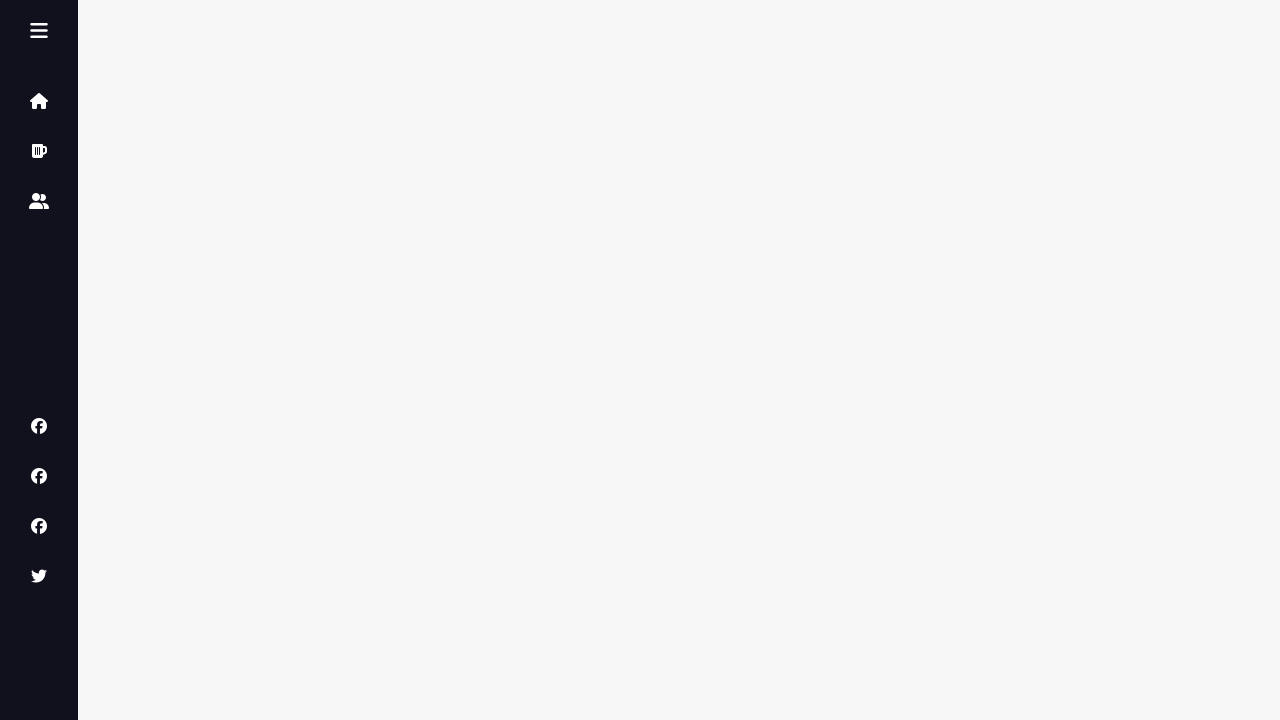
Repository: Nic98/MilkTeaWebsite
Page: mywebsite.html
These files come from the project's save history. The page is drawn as it stood at one moment and after the next save; the edit follows.
The browser window is 1280 px wide. The pictures show the whole page.
Some web libraries are served in a nearby version.

Above is the page before, as saved 2024-05-28 18:04:44.

### mywebsite.html
<!DOCTYPE html>
<html lang="en">
<head>
  <meta charset="UTF-8">
  <meta name="viewport" content="width=device-width, initial-scale=1.0">
  <link rel="stylesheet" href="mywebsite.css">
  <script src="https://kit.fontawesome.com/2dbcf482c2.js" crossorigin="anonymous"></script>
  <!-- <script src="/sidebar.js"></script> -->
  <title>ComeBuyBooze</title>

</head>
<body>

  <!-- sidebar implementation -->
  <div class="sidebar workspace--flexchild1">
    <div class="logo_content">
        <div class="logo">
            <dive class="logo_name"> ComeBuyBooze </dive>
            <i class="fas fa-bars" id="btn"></i>
        </div>
    </div>

    <ul class="nav_list">
        <li>
            <a href="#">
                <i class="fas fa-home"></i>
                <span class="links_name">ComeBack</span>
            </a>
            <span class = "tooltip">ComeBack</span>
        </li>

        <li>
            <a href="#">
              <i class="fa-solid fa-beer-mug-empty"></i>
                <span class="links_name">Boozz</span>
            </a>
            <span class = "tooltip">Boozz</span>
        </li>

        <li>
          <a href="#">
              <i class="fas fa-user-friends"></i>
              <span class="links_name">Contact us</span>
          </a>
          <span class = "tooltip">Contacts us</span>
      </li>
    </ul>

    <ul class="contact_list">
      <li>
        <a href="#">
          <i class="fa-brands fa-facebook"></i>
        </a>
      </li>
      <li>
        <a href="#">
          <i class="fa-brands fa-facebook"></i>
        </a>
      </li>
      <li>
        <a href="#">
          <i class="fa-brands fa-facebook"></i>
        </a>
      </li>
      <li>
        <a href="#">
          <i class="fa-brands fa-twitter"></i>
        </a>
      </li>
    </ul>



</div>














  <script>
    let btn = document.querySelector("#btn");
    let sidebar = document.querySelector(".sidebar");

    btn.onclick = function() {
        sidebar.classList.toggle("active");
    }
  </script>
</body>
</html>

### mywebsite.css
@import url('https://fonts.googleapis.com/css2?family=Poppins:wght@200;300;400;500;600;700&display=swap');

body{
    margin: 0;
    font-family: "Poppins", sans-serif;
}

.flexbox{
    display: flex;
}

.columnflex{
    display: flex;
    flex-direction: column;
    justify-content: center;
}

#btn{
    cursor: pointer;
}

.btn--line{
    border: solid;
    border-width: 1px;
    color: white;
    background: none;
    border-radius: 50px;
    padding: 10px;
    padding-left: 20px;
    padding-right:20px;
    font-size: 18px;
    cursor: pointer;
}

.btn--solid{
    border: solid;
    border-width: 1px;
    border-radius: 50px;
    padding: 10px;
    padding-left: 20px;
    padding-right: 20px;
    font-size: 18px;
    cursor: pointer;
}

.btn--noborder{
    border: none;
    background: none;
}

.font--title{
    font-size: 30px;
}

.font--bold{
    font-weight: bolder;
}

.font--largrsize{
    font-size: 18px;
}

.login--input{
    border: solid 1px gray;
    font-size: 14px;
    padding: 8px;
    padding-left: 14px;
    width: 100%;
    border-radius: 50px;
    margin-top: 20px;
    box-sizing: border-box;
    box-shadow: 1px 1px 1px gray;
}

.btn--solid>*{
    text-decoration: none;
    color: white;
}

.btn--solid>*:hover{
    color: white;
    transition-duration: 0.5s;
}

:root{
  --lightgray: #F7F7F7;
  --darkblue: #032444;
}

*{
  margin:0;
  padding:0;
  box-sizing: border-box;
}

body {
  background-color: #F7F7F7;
  position: relative;
  min-height: 100vh;
  width: 100%;
  overflow:hidden;
}

/* sidebar */

.nav_list {
  padding-inline-start: 0%;
  list-style-type: none;
}

.sidebar {
  height:100%;
  position:absolute;
  top:0;
  left:0;
  width:78px;
  background-color: #11101d;
  padding:6px 14px;
  transition: all 0.5s ease;
}

.sidebar.active{
  width:240px;
}

.sidebar .logo_content .logo {
  color: #fff;
  display: flex;
  height: 50px;
  width: 100%;
  align-items: center;
  transition: all 0.5s ease;

}

.logo_content .logo i {
  font-size: 28px;
  margin-right: 5px;
}

.logo_content .logo .logo_name {
  font-size: 20px;
  font-weight: 400;
}

.sidebar #btn {
  color: #fff;
  position:absolute;
  left: 50%;
  top:6px;
  font-size: 20px;
  height:50px;
  width:50px;
  text-align: center;
  line-height: 50px;
  transform: translateX(-50%);
}

.sidebar.active #btn{
  left: 90%;
}

.sidebar ul {
  margin-top: 20px;

}
.sidebar ul li {
  list-style: none;
  height: 50px;
  width:100%;
  position:relative;
  margin: 0 0px;
  line-height: 50px;
}

.sidebar ul li .tooltip{
  position: absolute;
  left:122px;
  top:10%;
  transform: translate(-50%, -50%);
  text-align: center;
  border-radius: 6px;
  height:35px;
  width:122px;
  background: #fff;
  line-height: 35px;
  box-shadow: 0 5px 10px rgba(0,0,0,0.2);
  transition:0s;
  opacity: 0;
  pointer-events: none;
  z-index: 3000 !important;
}

.sidebar.active ul li .tooltip {
  display:none;
}

.sidebar ul li:hover .tooltip{
  transition: all 0.5s ease;
  opacity: 1;
  top:50%;
  z-index: 3;
}

.sidebar .nav_list li a {
  color: #fff;
  display: flex;
  align-items: center;
  text-decoration: none;
  transition: all 0.4s ease;
  border-radius: 6px;
  height:100%;
  white-space: nowrap;
}

.sidebar .nav_list li a:hover {
  color: #11101d;
  background: #fff;
  padding: 5px;
}

.sidebar .nav_list li i {
  height:50px;
  min-width: 50px;
  border-radius: 12px;
  line-height: 50px;
  text-align: center;
}

.sidebar .links_name{
  opacity: 0;
  pointer-events: none;
  transition: all 0.5s ease;
}

.sidebar.active .links_name {
  opacity: 1;
  pointer-events: auto;
}

.sidebar .logo_name {
  opacity: 0;
  pointer-events: none;
}

.sidebar.active .logo_name {
  opacity: 1;
  pointer-events: auto;
}

/* contact list */

/* .contact_list .links_name{
  opacity: 0;
  pointer-events: none;
  transition: all 0.5s ease;
}

.contact_list.active .links_name {
  opacity: 1;
  pointer-events: auto;
} */

.contact_list {
  padding-top: 250%;
  position: relative;
  top: 30px;
  padding-inline-start: 0%;
  list-style-type: none;
}

.contact_list li i {
  height:50px;
  min-width: 50px;
  line-height: 50px;
  border-radius: 12px;
  text-align: center;
}

.contact_list li a:hover {
  color: #11101d;
  background: #fff;
  padding-left:12px;
}

.contact_list li a {
  /* position: relative; */
  color: #fff;
  /* display:inline-block;
  width: 60px;
  height: 60px;
  text-align: center;
  line-height: 63px;
  border-radius: 50%;
  transition: all 0.4s ease;
  white-space: nowrap; */
}

.sidebar.active .contact_list li i {
  height:50px;
  min-width: 50px;
  border-radius: 12px;
  line-height: 50px;
  text-align: center;
}

.sidebar.active .contact_list li a:hover {
  color: #11101d;
  background: #fff;
}









































/* .home_content {

  position: absolute;
  height: 100%;
  width: calc(100% - 78px);
  left:78px;
  transition: all 0.5s ease;

}

.home_content .text {
  font-size: 25px;
  font-weight: 500;
  color: #1d1b31;
  margin:12px;
}

.sidebar.active ~ .home_content {
  width: calc(100% - 240px);
  left:240px
} */



/* header

.workspaceheader--container{
  width: 100%;
  height: 50px;
  background-color: white;
  justify-content: space-between;
  padding-left: 18px;
  padding-right: 18px;
  box-shadow: 3px 3px 3px lightgray;



}

.searchbar--container{
  height: inherit;
  width: 40%;
  flex-direction: column;
  justify-content:center;
}

.searchbar--container>*{
  margin: 0;
}

.seachbar{
  max-width: 400px;
  padding: 4px;
  padding-left: 18px;
  box-shadow: none;
  border: solid 1px var(--lightgray);
  background: #FBFBFB;
}

.settingbar--container>*+*{
  margin-left: 16px;
}

.profilepic{
  height: 44px;
  width: 44px;
  border: solid 1px lightgray;
  border-radius: 50%;

}

.fa-moon, .fa-cog, .fa-bell{
  font-size: large;
}

.font--headerrole{
  font-size: small;

}

.headerName{
  margin-left: 22px;
}

.headerrole--container{
  flex-direction: row-reverse;
  justify-content: center;
}

.headerrole--container>*{
  margin: 0 !important;
  color: black;
}

.content-container{

  max-height: 100%;
  padding: 20px;

  width: 100%;
  overflow-y: scroll !important;

}

.content-container>*{
  z-index: 0;
} */

After the next save:
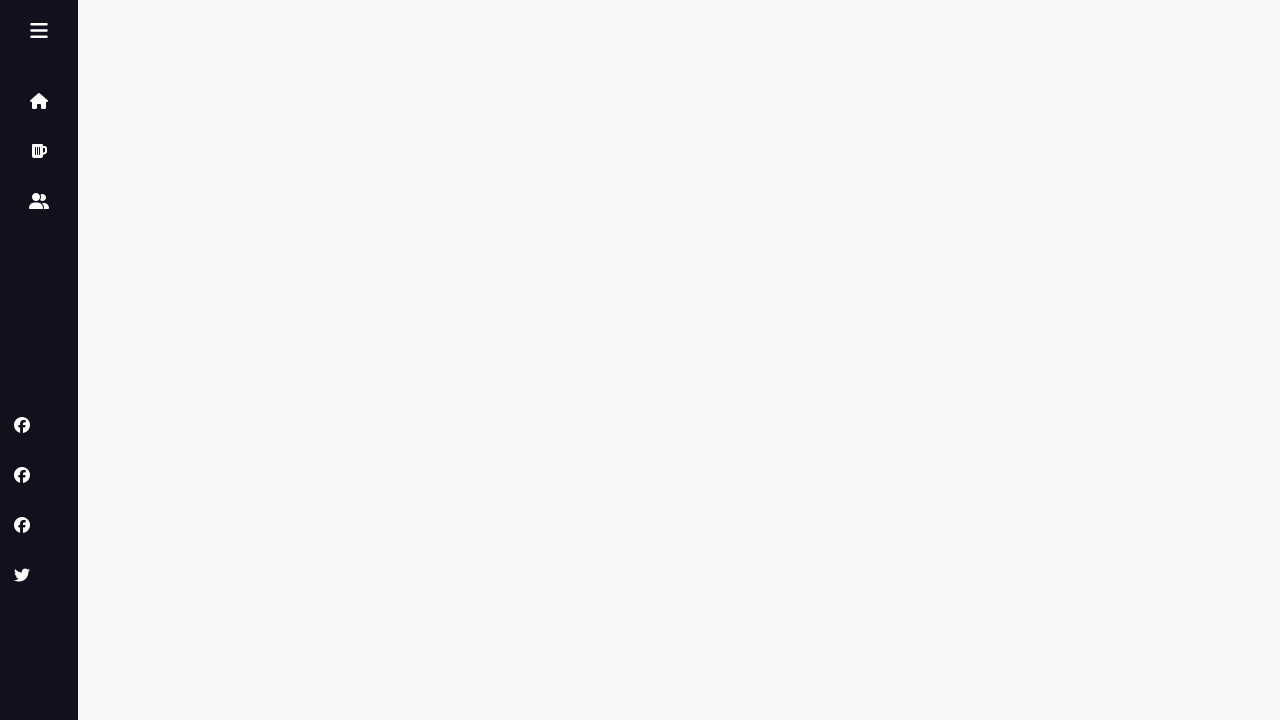
Saved 4 s later.
--- a/mywebsite.css
+++ b/mywebsite.css
@@ -269,13 +269,13 @@ body {
   list-style-type: none;
 }
 
-.contact_list li i {
+/* .contact_list li i {
   height:50px;
   min-width: 50px;
   line-height: 50px;
   border-radius: 12px;
   text-align: center;
-}
+} */
 
 .contact_list li a:hover {
   color: #11101d;
